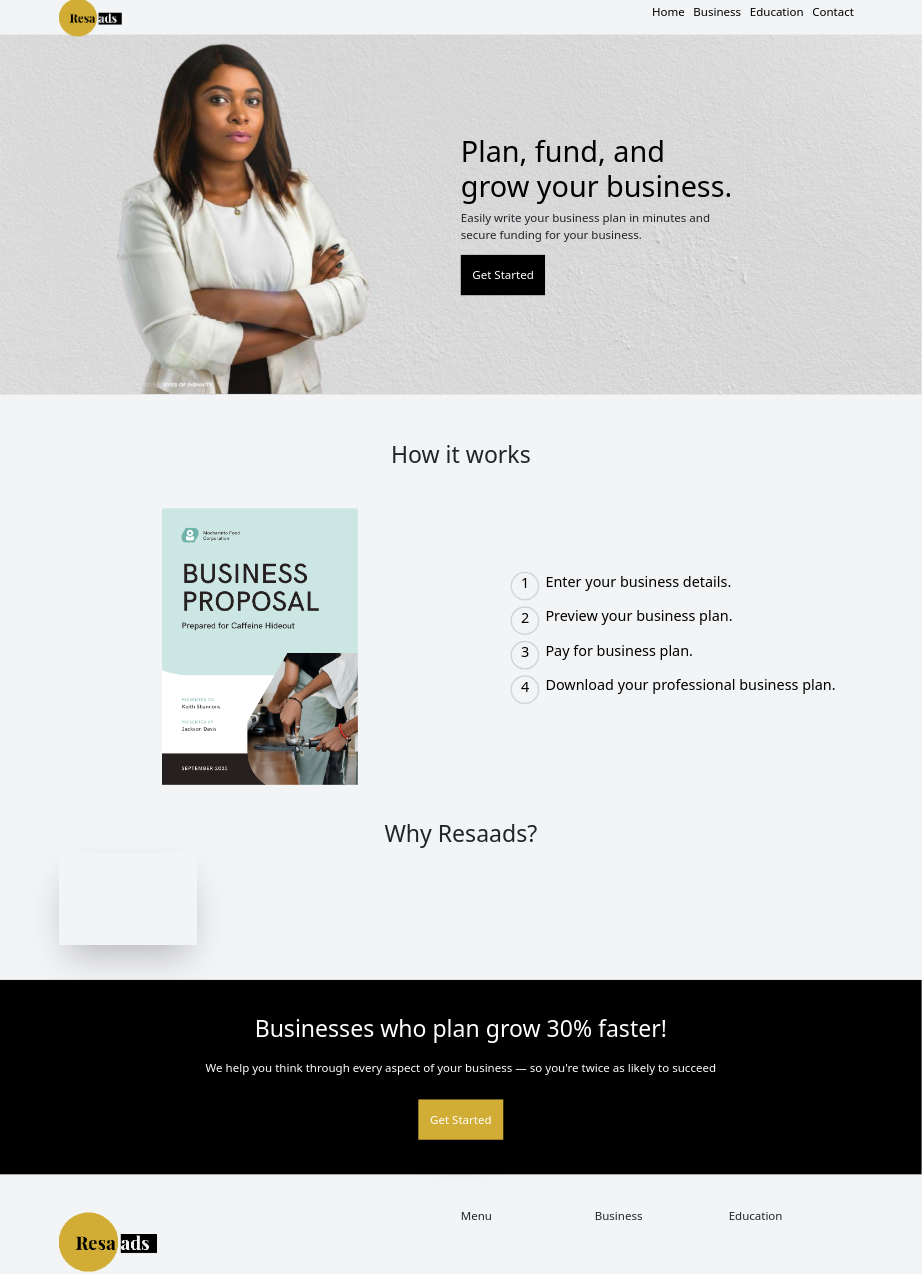
Repository: latenightsnacc/resaads-consults
Page: index.html
These files come from the project's save history. The page is drawn as it stood at one moment and after the next save; the edit follows.
The browser window is 1280 px wide. The pictures show the whole page, at 72% of full size.
Some web libraries are served in a nearby version.

Above is the page before, as saved 2021-08-05 12:19:30.

After the next save:
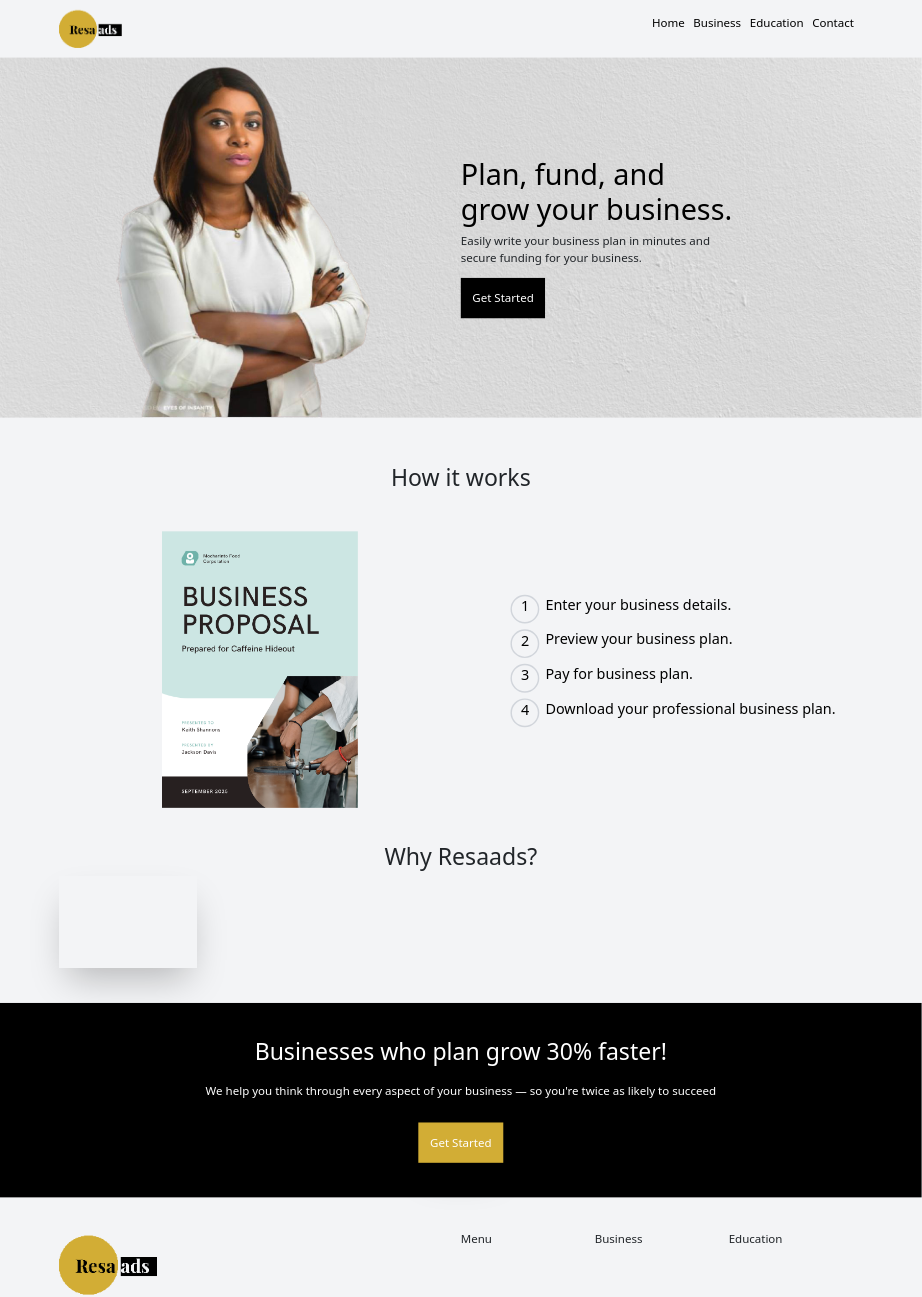
Saved 10 s later.
--- a/index.html
+++ b/index.html
@@ -35,7 +35,7 @@
 </head>
 <body class="bg-gray-100">
     <header class="container">
-        <nav class="flex flex-row h-12 w-full justify-between items-center">
+        <nav class="flex flex-row h-20 w-full justify-between items-center">
             <a href="index.html" class="w-24">
                 <img src="assets/logos/Logo-150px-removebg-preview.png" alt="" class="w-full">
             </a>
